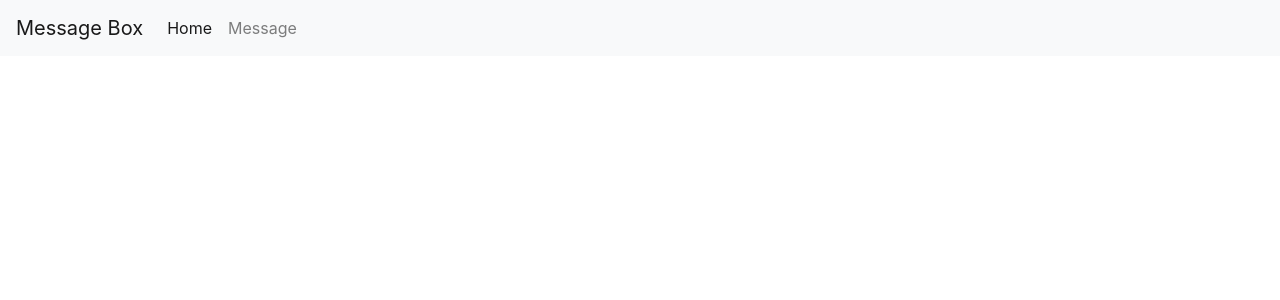
Repository: 05Mohammedismail/xworkz--Advance-Java
Page: Sep08_Servlets(HTML content as the HTTP response)/src/main/webapp/index.html
The author's editor kept a copy of each file at every save. The page is drawn from the files as they stood at one save, then again after the next save.
The browser window is 1280 px wide. The pictures show the whole page.

Above is the page before, as saved 2023-09-10 18:43:08.

### Sep08_Servlets(HTML content as the HTTP response)/src/main/webapp/index.html
<!DOCTYPE html>
<html>
<head>
<meta charset="ISO-8859-1">
<meta name="viewport" content="width=device-width, initial-scale=1, shrink-to-fit=no">
<link rel="stylesheet" href="https://cdn.jsdelivr.net/npm/bootstrap@4.0.0/dist/css/bootstrap.min.css" integrity="sha384-Gn5384xqQ1aoWXA+058RXPxPg6fy4IWvTNh0E263XmFcJlSAwiGgFAW/dAiS6JXm" crossorigin="anonymous">
<title>Insert title here</title>
</head>
<body>
<nav class="navbar navbar-expand-lg navbar-light bg-light">
  <a class="navbar-brand" href="#">Message Box</a>
  <button class="navbar-toggler" type="button" data-toggle="collapse" data-target="#navbarNav" aria-controls="navbarNav" aria-expanded="false" aria-label="Toggle navigation">
    <span class="navbar-toggler-icon"></span>
  </button>
  <div class="collapse navbar-collapse" id="navbarNav">
    <ul class="navbar-nav">
      <li class="nav-item active">
        <a class="nav-link" href="#">Home <span class="sr-only">(current)</span></a>
      </li>
      <li class="nav-item">
        <a class="nav-link" href="message.html">Message</a>
      </li>
    </ul>
  </div>
</nav>
</body>
</html>

After the next save:
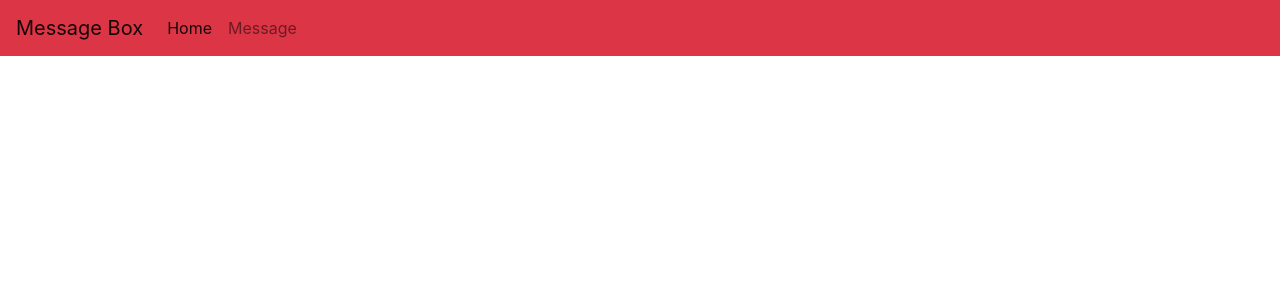
Saved 27 s later.
--- a/Sep08_Servlets(HTML content as the HTTP response)/src/main/webapp/index.html
+++ b/Sep08_Servlets(HTML content as the HTTP response)/src/main/webapp/index.html
@@ -7,7 +7,7 @@
 <title>Insert title here</title>
 </head>
 <body>
-<nav class="navbar navbar-expand-lg navbar-light bg-light">
+<nav class="navbar navbar-expand-lg navbar-light bg-danger">
   <a class="navbar-brand" href="#">Message Box</a>
   <button class="navbar-toggler" type="button" data-toggle="collapse" data-target="#navbarNav" aria-controls="navbarNav" aria-expanded="false" aria-label="Toggle navigation">
     <span class="navbar-toggler-icon"></span>
